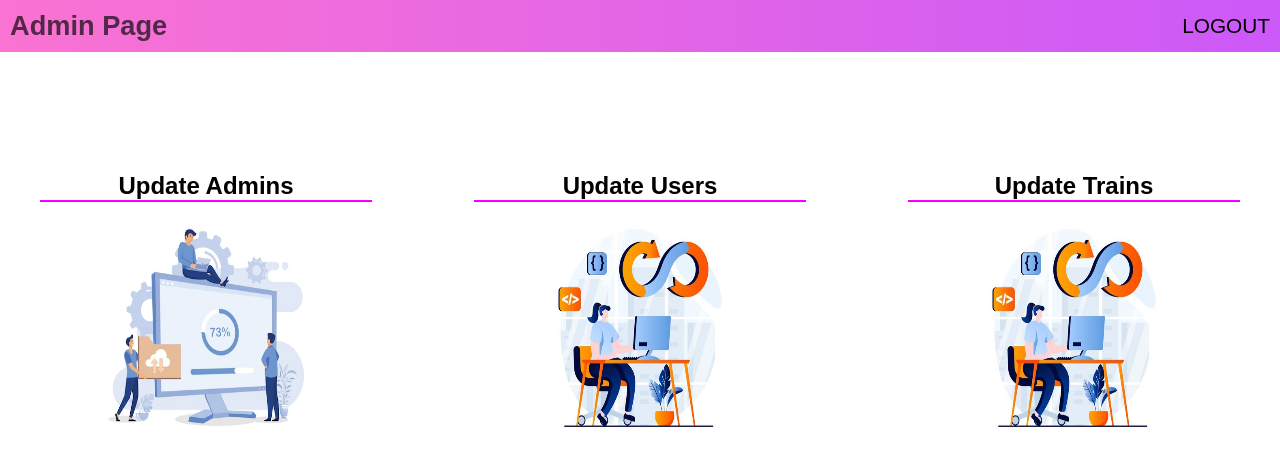
Repository: SachinUthpala/Railway-Reservation
Page: http://localhost/Railway/Admin/admin.jsp
These files come from the project's save history. The page is drawn as it stood at one moment and after the next save; the edit follows.
The browser window is 1280 px wide. The pictures show the whole page.
The page is served by Tomcat 9. Other server files are loaded and not shown.

Above is the page before, as saved 2023-05-22 07:19:23.

### Railway/src/main/webapp/Admin/admin.jsp
<!DOCTYPE html>
<html lang="en">
<head>
    <meta charset="UTF-8">
    <meta http-equiv="X-UA-Compatible" content="IE=edge">
    <meta name="viewport" content="width=device-width, initial-scale=1.0">
    <title>Admin</title>
    <link rel="stylesheet" href="./Style/style.css">
</head>
<body>
    <div class="nav">
        <h2>Admin Page</h2>
        <form action="../connection/logout.inc.php" method="post">
            <input type="submit" name="logout" value="LOGOUT" style="border:none;background: transparent;font-size:1.3rem;cursor:pointer;" onclick="location.href='../SignUp/login.jsp'">
        </form>
    </div>
    <div class="content">
        <div class="class1" id="admin" onclick="location.href='./updateAdmin/UpdateAdmin.jsp'">
            <h2>Update Admins</h2>
            <img src="images/admin.png" alt="" width="300" height="250"><br>
            <span class="tooltiptext"><b>Use This Section To Manage Admins</b></span>
        </div>

        <div class="class1" id="users" onclick="location.href='./UpdateUsers/UpdateUsers.jsp'">
            <h2>Update Users</h2>
            <img src="images/users.jpg" alt="" width="300" height="250">
            <span class="tooltiptext"><b>Use This Section To Manage Users</b></span>
        </div>

        <div class="class1" id="users" onclick="location.href='./UpdateTrains/updateTrains.jsp'">
            <h2>Update Trains</h2>
            <img src="images/users.jpg" alt="" width="300" height="250">
            <span class="tooltiptext"><b>Use This Section To Manage Trains</b></span>
        </div>
    </div>
</body>
</html>



<!-- Creadted by @Sachin -->

### Railway/src/main/webapp/Admin/Style/style.css
*{
    margin: 0;
    padding: 0;
    box-sizing: border-box;
    font-family: Arial, Helvetica, sans-serif;
}

body{
    width: 100%;
    height: 100vh;
}

.nav{
    display: flex;
    flex-direction: row;
    justify-content: space-between;
    align-items: center;
    padding: 10px;
    background: linear-gradient(to left,rgba(188, 39, 247, 0.767),rgba(248, 40, 186, 0.651));
}

.nav h2{
    font-size: 1.7rem;
    color: rgba(7, 7, 7, 0.692);
}

.nav .profile{
    display: flex;
    flex-direction: row;
    align-items: center;
    cursor: pointer;
}
.nav .profile p{
    padding-left: 20px;
    font-size: 1.2rem;
    color: rgb(43, 43, 43);
}

.nav .profile img{
    border-radius: 100%;
}

.content{
    display: flex;
    flex-direction: row;
    justify-content: space-between;
    padding: 0px 20px;
    padding-top: 100px;
}

.content  .class1{
    width: 30%;
    align-items: center;
    text-align: center;
    gap: 10px;
    padding: 20px;
    cursor: pointer;
    transition: 0.5s;
}

.content .class1 h2{
    border-bottom: 2px solid #f700ff;
}

.content  .class1:hover{
    border: 2px solid rgb(234, 0, 255);
    border-radius: 5px;
    box-shadow: 0 0 20px 0 rgb(162, 0, 255);
}

.content .class1 .tooltiptext{
    font-size: 1rem;
    color: rgba(0, 0, 0, 0.651);
    border-bottom: 2px solid #f700ff63;
    display: none;
    transition: 1s;
}

.content  .class1:hover .tooltiptext{
    display: block;
}

After the next save:
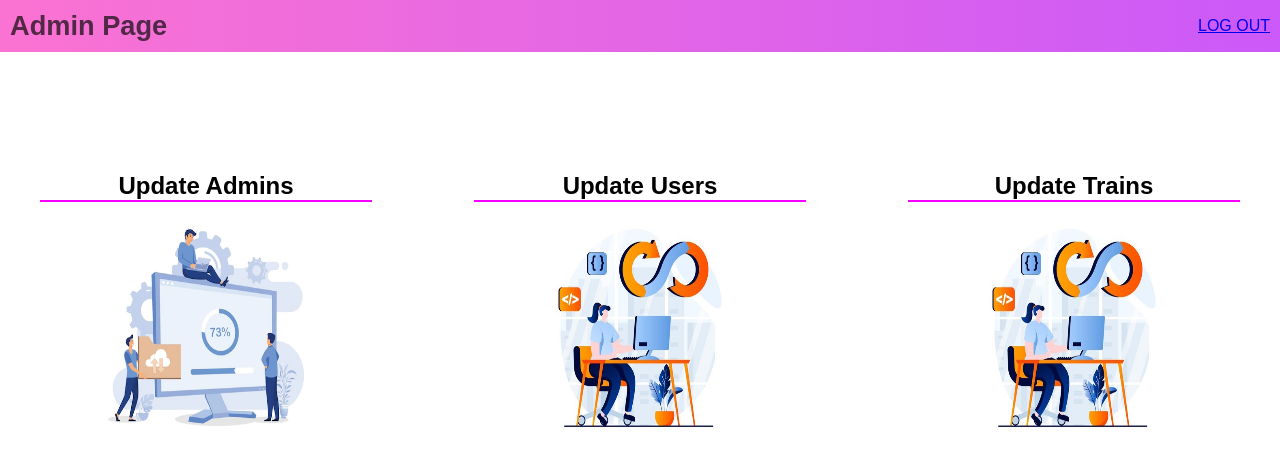
Saved 55 s later.
--- a/Railway/src/main/webapp/Admin/admin.jsp
+++ b/Railway/src/main/webapp/Admin/admin.jsp
@@ -10,9 +10,7 @@
 <body>
     <div class="nav">
         <h2>Admin Page</h2>
-        <form action="../connection/logout.inc.php" method="post">
-            <input type="submit" name="logout" value="LOGOUT" style="border:none;background: transparent;font-size:1.3rem;cursor:pointer;" onclick="location.href='../SignUp/login.jsp'">
-        </form>
+        <a href="../SignUp/login.jsp">LOG OUT</a>
     </div>
     <div class="content">
         <div class="class1" id="admin" onclick="location.href='./updateAdmin/UpdateAdmin.jsp'">
